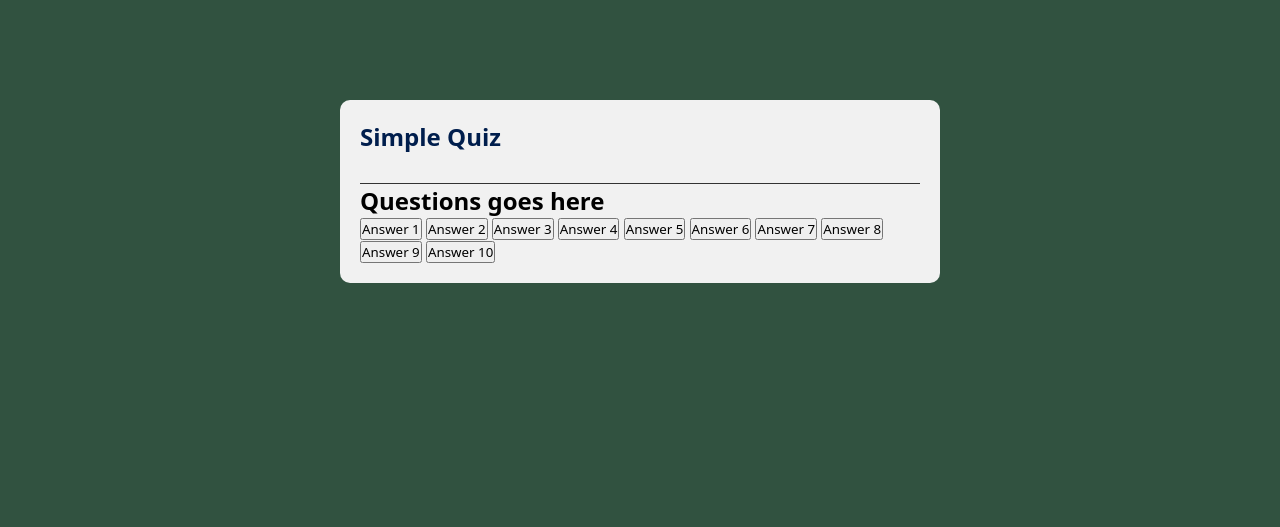
Repository: VickyJacob23/Quiz-App
Page: index.html
An editor plug-in stored every save of this project. The page is shown before and after the next save, followed by the edit.
The browser window is 1280 px wide. The pictures show the whole page.

Above is the page before, as saved 2024-08-04 16:37:45.

After the next save:
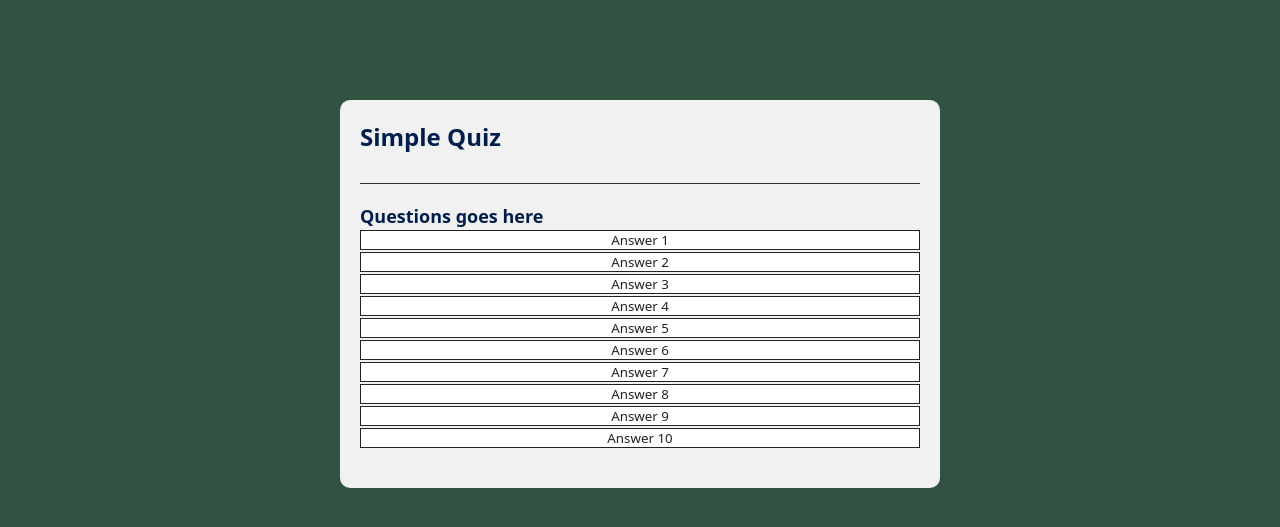
Saved 5 min 45 s later.
--- a/styles.css
+++ b/styles.css
@@ -24,3 +24,18 @@
     border-bottom: 1px solid #333;
     padding-bottom: 30px;
 }
+.quiz{
+    padding: 20px 0;
+}
+.quiz h2{
+    font-size: 18px;
+    font-weight: 600;
+    color: #001e4d;
+}
+.btn{
+    background-color:#fff;
+    color:#222;
+    font-weight: 500;
+    width: 100%;
+    border: 1px solid #222;
+}
